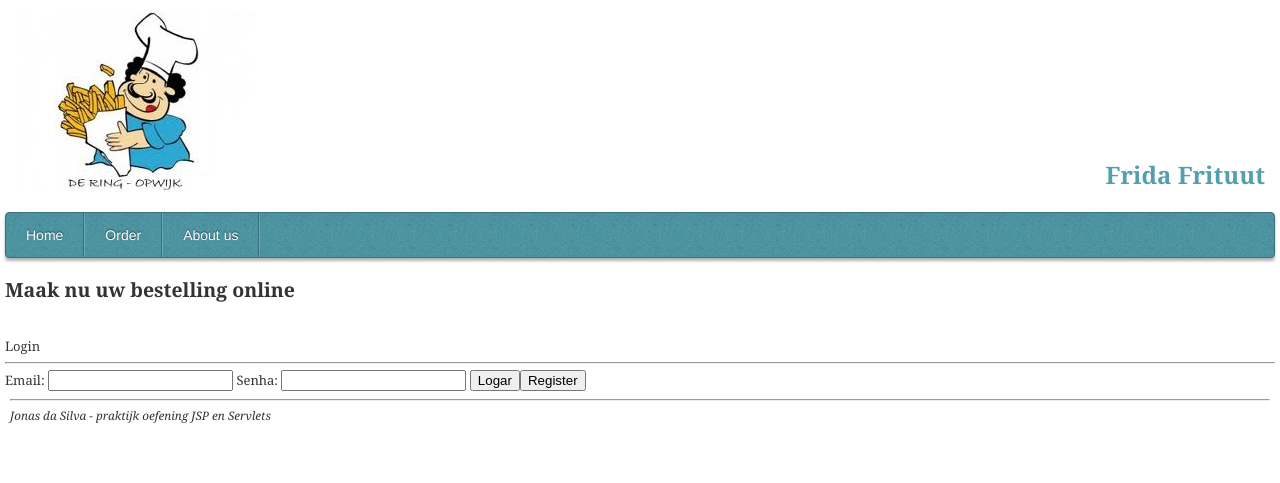
Repository: Projetos-intec/workspace-JavaWebJSP
Page: http://localhost/FrituurFrida/othert.jsp
An editor plug-in stored every save of this project. The page is shown before and after the next save, followed by the edit.
The browser window is 1280 px wide. The pictures show the whole page.
The page is served by Tomcat 9.

Above is the page before, as saved 2014-09-17 10:05:22.

After the next save:
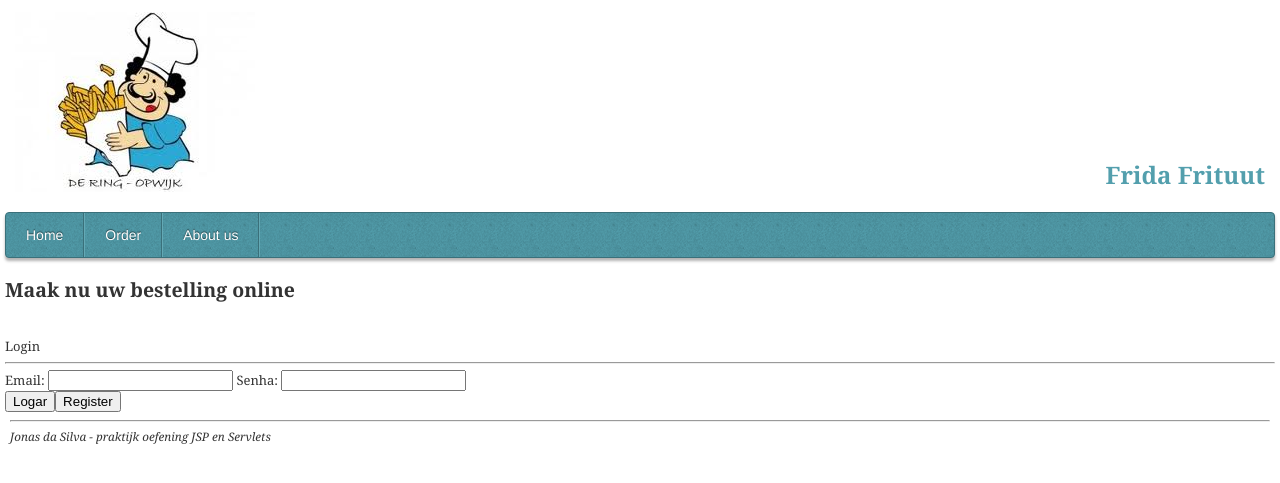
Saved 41 s later.
--- a/FrituurFrida/WebContent/othert.jsp
+++ b/FrituurFrida/WebContent/othert.jsp
@@ -28,11 +28,12 @@
 	<article>
 	<h2>Maak nu uw bestelling online</h2>
 	<br />
-		Login
-			<hr />
+	Login
+	<hr />
 	<form action="login" method="POST">
 		Email: <input type="email" name="email" /> Senha: <input
-			type="password" name="senha" /> <input type="submit" value="Logar" /><input type="submit" value="Register"/>
+			type="password" name="senha" /> <br /> <input type="submit"
+			value="Logar" /><input type="submit" value="Register" />
 	</form>
 
 	<footer>
